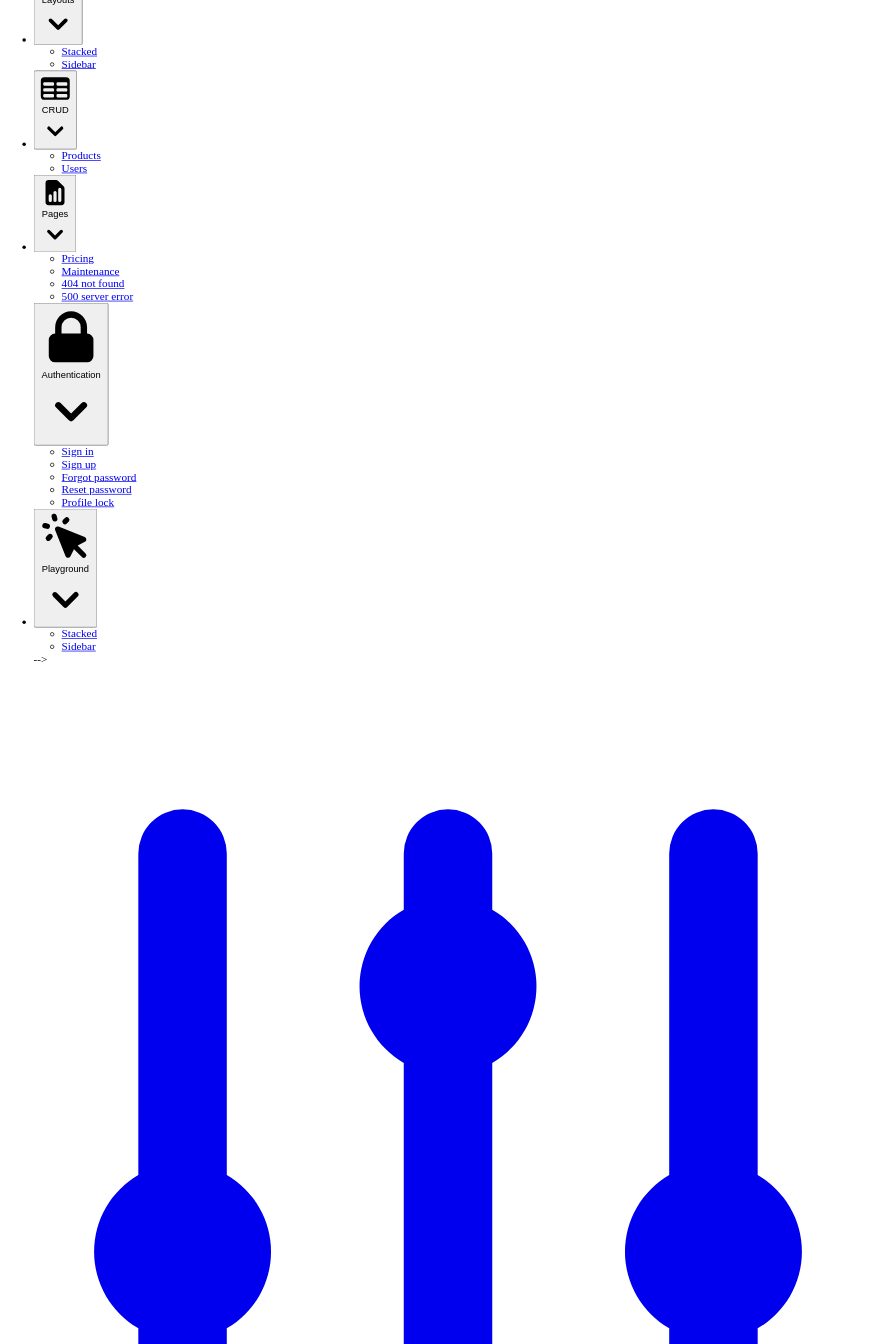
Repository: mosesvk/flowbite-admin-dashboard
Page: layouts/partials/sidebar.html
These files come from the project's save history. The page is drawn as it stood at one moment and after the next save; the edit follows.
The browser window is 1280 px wide. The pictures show the part of the page from y = 2631 to 4551 px (the page is 6152 px tall before and 7398 px after), at 70% of full size.

Above is the page before, as saved 2023-09-25 07:43:13.

### layouts/partials/sidebar.html
{{- $url := split .Permalink "/" -}}
{{- $page_slug := index $url (sub (len $url) 2) -}}

<aside id="sidebar" class="fixed top-0 left-0 z-20 flex flex-col flex-shrink-0 hidden w-64 h-full pt-16 font-normal duration-75 lg:flex transition-width" aria-label="Sidebar">
  <div class="relative flex flex-col flex-1 min-h-0 pt-0 bg-white border-r border-gray-200 dark:bg-gray-800 dark:border-gray-700">
    <div class="flex flex-col flex-1 pt-5 pb-4 overflow-y-auto">
      <div class="flex-1 px-3 space-y-1 bg-white divide-y divide-gray-200 dark:bg-gray-800 dark:divide-gray-700">
        <ul class="pb-2 space-y-2">
          <li>
            <form action="#" method="GET" class="lg:hidden">
              <label for="mobile-search" class="sr-only">Search</label>
              <div class="relative">
                <div class="absolute inset-y-0 left-0 flex items-center pl-3 pointer-events-none">
                  <svg class="w-5 h-5 text-gray-500" fill="currentColor" viewBox="0 0 20 20" xmlns="http://www.w3.org/2000/svg"><path fill-rule="evenodd" d="M8 4a4 4 0 100 8 4 4 0 000-8zM2 8a6 6 0 1110.89 3.476l4.817 4.817a1 1 0 01-1.414 1.414l-4.816-4.816A6 6 0 012 8z" clip-rule="evenodd"></path></svg>
                </div>
                <input type="text" name="email" id="mobile-search" class="bg-gray-50 border border-gray-300 text-gray-900 text-sm rounded-lg focus:ring-primary-500 focus:border-primary-500 block w-full pl-10 p-2.5 dark:bg-gray-700 dark:border-gray-600 dark:placeholder-gray-400 dark:text-gray-200 dark:focus:ring-primary-500 dark:focus:border-primary-500" placeholder="Search">
              </div>
            </form>
          </li>
          <li>
            <a href="{{ "/" | relURL }}" class="flex items-center p-2 text-base text-gray-900 rounded-lg hover:bg-gray-100 group dark:text-gray-200 dark:hover:bg-gray-700">
                <svg class="w-6 h-6 text-gray-500 transition duration-75 group-hover:text-gray-900 dark:text-gray-400 dark:group-hover:text-white" fill="currentColor" viewBox="0 0 20 20" xmlns="http://www.w3.org/2000/svg"><path d="M2 10a8 8 0 018-8v8h8a8 8 0 11-16 0z"></path><path d="M12 2.252A8.014 8.014 0 0117.748 8H12V2.252z"></path></svg>
                <span class="ml-3" sidebar-toggle-item>Dashboard</span>
            </a>
          </li>
          <li>
            <button type="button" class="flex items-center w-full p-2 text-base text-gray-900 transition duration-75 rounded-lg group hover:bg-gray-100 dark:text-gray-200 dark:hover:bg-gray-700" aria-controls="dropdown-layouts" data-collapse-toggle="dropdown-layouts">
                <svg class="flex-shrink-0 w-6 h-6 text-gray-500 transition duration-75 group-hover:text-gray-900 dark:text-gray-400 dark:group-hover:text-white" fill="currentColor" viewBox="0 0 20 20" xmlns="http://www.w3.org/2000/svg" aria-hidden="true">
                  <path d="M3 4a1 1 0 011-1h12a1 1 0 011 1v2a1 1 0 01-1 1H4a1 1 0 01-1-1V4zM3 10a1 1 0 011-1h6a1 1 0 011 1v6a1 1 0 01-1 1H4a1 1 0 01-1-1v-6zM14 9a1 1 0 00-1 1v6a1 1 0 001 1h2a1 1 0 001-1v-6a1 1 0 00-1-1h-2z"></path>
                </svg>
                <span class="flex-1 ml-3 text-left whitespace-nowrap" sidebar-toggle-item>Layouts</span>
                <svg sidebar-toggle-item class="w-6 h-6" fill="currentColor" viewBox="0 0 20 20" xmlns="http://www.w3.org/2000/svg"><path fill-rule="evenodd" d="M5.293 7.293a1 1 0 011.414 0L10 10.586l3.293-3.293a1 1 0 111.414 1.414l-4 4a1 1 0 01-1.414 0l-4-4a1 1 0 010-1.414z" clip-rule="evenodd"></path></svg>
            </button>
            <ul id="dropdown-layouts" class="hidden py-2 space-y-2">
              <li>
                <a href="{{ "layouts/stacked/" | relURL }}" class="flex items-center p-2 text-base text-gray-900 transition duration-75 rounded-lg pl-11 group hover:bg-gray-100 dark:text-gray-200 dark:hover:bg-gray-700">Stacked</a>
              </li>
              <li>
                <a href="{{ "layouts/sidebar/" | relURL }}" class="flex items-center p-2 text-base text-gray-900 transition duration-75 rounded-lg pl-11 group hover:bg-gray-100 dark:text-gray-200 dark:hover:bg-gray-700">Sidebar</a>
              </li>
            </ul>
          </li>
          <li>
            <button type="button" class="flex items-center w-full p-2 text-base text-gray-900 transition duration-75 rounded-lg group hover:bg-gray-100 dark:text-gray-200 dark:hover:bg-gray-700" aria-controls="dropdown-crud" data-collapse-toggle="dropdown-crud">
                <svg class="flex-shrink-0 w-6 h-6 text-gray-500 transition duration-75 group-hover:text-gray-900 dark:text-gray-400 dark:group-hover:text-white" fill="currentColor" viewBox="0 0 20 20" xmlns="http://www.w3.org/2000/svg" aria-hidden="true">
                  <path clip-rule="evenodd" fill-rule="evenodd" d="M.99 5.24A2.25 2.25 0 013.25 3h13.5A2.25 2.25 0 0119 5.25l.01 9.5A2.25 2.25 0 0116.76 17H3.26A2.267 2.267 0 011 14.74l-.01-9.5zm8.26 9.52v-.625a.75.75 0 00-.75-.75H3.25a.75.75 0 00-.75.75v.615c0 .414.336.75.75.75h5.373a.75.75 0 00.627-.74zm1.5 0a.75.75 0 00.627.74h5.373a.75.75 0 00.75-.75v-.615a.75.75 0 00-.75-.75H11.5a.75.75 0 00-.75.75v.625zm6.75-3.63v-.625a.75.75 0 00-.75-.75H11.5a.75.75 0 00-.75.75v.625c0 .414.336.75.75.75h5.25a.75.75 0 00.75-.75zm-8.25 0v-.625a.75.75 0 00-.75-.75H3.25a.75.75 0 00-.75.75v.625c0 .414.336.75.75.75H8.5a.75.75 0 00.75-.75zM17.5 7.5v-.625a.75.75 0 00-.75-.75H11.5a.75.75 0 00-.75.75V7.5c0 .414.336.75.75.75h5.25a.75.75 0 00.75-.75zm-8.25 0v-.625a.75.75 0 00-.75-.75H3.25a.75.75 0 00-.75.75V7.5c0 .414.336.75.75.75H8.5a.75.75 0 00.75-.75z"></path>
                </svg>
                <span class="flex-1 ml-3 text-left whitespace-nowrap" sidebar-toggle-item>CRUD</span>
                <svg sidebar-toggle-item class="w-6 h-6" fill="currentColor" viewBox="0 0 20 20" xmlns="http://www.w3.org/2000/svg"><path fill-rule="evenodd" d="M5.293 7.293a1 1 0 011.414 0L10 10.586l3.293-3.293a1 1 0 111.414 1.414l-4 4a1 1 0 01-1.414 0l-4-4a1 1 0 010-1.414z" clip-rule="evenodd"></path></svg>
            </button>
            <ul id="dropdown-crud" class="space-y-2 py-2 {{ if not (eq .Params.group "crud") }}hidden {{ end }}">
              <li>
                <a href="{{ "crud/products/" | relURL }}" class="text-base text-gray-900 rounded-lg flex items-center p-2 group hover:bg-gray-100 transition duration-75 pl-11 dark:text-gray-200 dark:hover:bg-gray-700 {{ if eq $page_slug "products" }} bg-gray-100 dark:bg-gray-700 {{ end }}">Products</a>
              </li>
              <li>
                <a href="{{ "crud/users/" | relURL }}" class="text-base text-gray-900 rounded-lg flex items-center p-2 group hover:bg-gray-100 transition duration-75 pl-11 dark:text-gray-200 dark:hover:bg-gray-700 {{ if eq $page_slug "users" }} bg-gray-100 dark:bg-gray-700 {{ end }}">Users</a>
              </li>
            </ul>
          </li>

          <li>
            <button type="button" class="flex items-center w-full p-2 text-base text-gray-900 transition duration-75 rounded-lg group hover:bg-gray-100 dark:text-gray-200 dark:hover:bg-gray-700" aria-controls="dropdown-pages" data-collapse-toggle="dropdown-pages">
                <svg class="flex-shrink-0 w-6 h-6 text-gray-500 transition duration-75 group-hover:text-gray-900 dark:text-gray-400 dark:group-hover:text-white" fill="currentColor" viewBox="0 0 20 20" xmlns="http://www.w3.org/2000/svg"><path fill-rule="evenodd" d="M6 2a2 2 0 00-2 2v12a2 2 0 002 2h8a2 2 0 002-2V7.414A2 2 0 0015.414 6L12 2.586A2 2 0 0010.586 2H6zm2 10a1 1 0 10-2 0v3a1 1 0 102 0v-3zm2-3a1 1 0 011 1v5a1 1 0 11-2 0v-5a1 1 0 011-1zm4-1a1 1 0 10-2 0v7a1 1 0 102 0V8z" clip-rule="evenodd"></path></svg>
                <span class="flex-1 ml-3 text-left whitespace-nowrap" sidebar-toggle-item>Pages</span>
                <svg sidebar-toggle-item class="w-6 h-6" fill="currentColor" viewBox="0 0 20 20" xmlns="http://www.w3.org/2000/svg"><path fill-rule="evenodd" d="M5.293 7.293a1 1 0 011.414 0L10 10.586l3.293-3.293a1 1 0 111.414 1.414l-4 4a1 1 0 01-1.414 0l-4-4a1 1 0 010-1.414z" clip-rule="evenodd"></path></svg>
            </button>
            <ul id="dropdown-pages" class="hidden py-2 space-y-2">
              <li>
                <a href="{{ "pages/pricing/" | relURL }}" class="flex items-center p-2 text-base text-gray-900 transition duration-75 rounded-lg pl-11 group hover:bg-gray-100 dark:text-gray-200 dark:hover:bg-gray-700">Pricing</a>
              </li>
              <li>
                <a href="{{ "pages/maintenance/" | relURL }}" class="flex items-center p-2 text-base text-gray-900 transition duration-75 rounded-lg pl-11 group hover:bg-gray-100 dark:text-gray-200 dark:hover:bg-gray-700">Maintenance</a>
              </li>
              <li>
                <a href="{{ "pages/404/" | relURL }}" class="flex items-center p-2 text-base text-gray-900 transition duration-75 rounded-lg pl-11 group hover:bg-gray-100 dark:text-gray-200 dark:hover:bg-gray-700">404 not found</a>
              </li>
              <li>
                <a href="{{ "pages/500/" | relURL }}" class="flex items-center p-2 text-base text-gray-900 transition duration-75 rounded-lg pl-11 group hover:bg-gray-100 dark:text-gray-200 dark:hover:bg-gray-700">500 server error</a>
              </li>
            </ul>
          </li>
            <button type="button" class="flex items-center w-full p-2 text-base text-gray-900 transition duration-75 rounded-lg group hover:bg-gray-100 dark:text-gray-200 dark:hover:bg-gray-700" aria-controls="dropdown-auth" data-collapse-toggle="dropdown-auth">
                <svg class="flex-shrink-0 w-6 h-6 text-gray-500 transition duration-75 group-hover:text-gray-900 dark:text-gray-400 dark:group-hover:text-white" fill="currentColor" viewBox="0 0 20 20" xmlns="http://www.w3.org/2000/svg"><path fill-rule="evenodd" d="M5 9V7a5 5 0 0110 0v2a2 2 0 012 2v5a2 2 0 01-2 2H5a2 2 0 01-2-2v-5a2 2 0 012-2zm8-2v2H7V7a3 3 0 016 0z" clip-rule="evenodd"></path></svg>
                <span class="flex-1 ml-3 text-left whitespace-nowrap" sidebar-toggle-item>Authentication</span>
                <svg sidebar-toggle-item class="w-6 h-6" fill="currentColor" viewBox="0 0 20 20" xmlns="http://www.w3.org/2000/svg"><path fill-rule="evenodd" d="M5.293 7.293a1 1 0 011.414 0L10 10.586l3.293-3.293a1 1 0 111.414 1.414l-4 4a1 1 0 01-1.414 0l-4-4a1 1 0 010-1.414z" clip-rule="evenodd"></path></svg>
            </button>
            <ul id="dropdown-auth" class="hidden py-2 space-y-2">
              <li>
                <a href="{{ "authentication/sign-in/" | relURL }}" class="flex items-center p-2 text-base text-gray-900 transition duration-75 rounded-lg pl-11 group hover:bg-gray-100 dark:text-gray-200 dark:hover:bg-gray-700">Sign in</a>
              </li>
              <li>
                <a href="{{ "authentication/sign-up/" | relURL }}" class="flex items-center p-2 text-base text-gray-900 transition duration-75 rounded-lg pl-11 group hover:bg-gray-100 dark:text-gray-200 dark:hover:bg-gray-700">Sign up</a>
              </li>
              <li>
                <a href="{{ "authentication/forgot-password/" | relURL }}" class="flex items-center p-2 text-base text-gray-900 transition duration-75 rounded-lg pl-11 group hover:bg-gray-100 dark:text-gray-200 dark:hover:bg-gray-700">Forgot password</a>
              </li>
              <li>
                <a href="{{ "authentication/reset-password/" | relURL }}" class="flex items-center p-2 text-base text-gray-900 transition duration-75 rounded-lg pl-11 group hover:bg-gray-100 dark:text-gray-200 dark:hover:bg-gray-700">Reset password</a>
              </li>
              <li>
                <a href="{{ "authentication/profile-lock/" | relURL }}" class="flex items-center p-2 text-base text-gray-900 transition duration-75 rounded-lg pl-11 group hover:bg-gray-100 dark:text-gray-200 dark:hover:bg-gray-700">Profile lock</a>
              </li>
            </ul>
          </li>
          <li>
            <button type="button" class="flex items-center w-full p-2 text-base text-gray-900 transition duration-75 rounded-lg group hover:bg-gray-100 dark:text-gray-200 dark:hover:bg-gray-700" aria-controls="dropdown-playground" data-collapse-toggle="dropdown-playground">
                <svg class="flex-shrink-0 w-6 h-6 text-gray-500 transition duration-75 group-hover:text-gray-900 dark:text-gray-400 dark:group-hover:text-white" fill="currentColor" viewBox="0 0 20 20" xmlns="http://www.w3.org/2000/svg" aria-hidden="true">
                  <path clip-rule="evenodd" fill-rule="evenodd" d="M6.672 1.911a1 1 0 10-1.932.518l.259.966a1 1 0 001.932-.518l-.26-.966zM2.429 4.74a1 1 0 10-.517 1.932l.966.259a1 1 0 00.517-1.932l-.966-.26zm8.814-.569a1 1 0 00-1.415-1.414l-.707.707a1 1 0 101.415 1.415l.707-.708zm-7.071 7.072l.707-.707A1 1 0 003.465 9.12l-.708.707a1 1 0 001.415 1.415zm3.2-5.171a1 1 0 00-1.3 1.3l4 10a1 1 0 001.823.075l1.38-2.759 3.018 3.02a1 1 0 001.414-1.415l-3.019-3.02 2.76-1.379a1 1 0 00-.076-1.822l-10-4z"></path>
                </svg>
                <span class="flex-1 ml-3 text-left whitespace-nowrap" sidebar-toggle-item>Playground</span>
                <svg sidebar-toggle-item class="w-6 h-6" fill="currentColor" viewBox="0 0 20 20" xmlns="http://www.w3.org/2000/svg"><path fill-rule="evenodd" d="M5.293 7.293a1 1 0 011.414 0L10 10.586l3.293-3.293a1 1 0 111.414 1.414l-4 4a1 1 0 01-1.414 0l-4-4a1 1 0 010-1.414z" clip-rule="evenodd"></path></svg>
            </button>
            <ul id="dropdown-playground" class="space-y-2 py-2 {{ if not (eq .Params.group "playground") }}hidden {{ end }}">
              <li>
                <a href="{{ "playground/stacked/" | relURL }}" class="text-base text-gray-900 rounded-lg flex items-center p-2 group hover:bg-gray-100 transition duration-75 pl-11 dark:text-gray-200 dark:hover:bg-gray-700 {{ if eq $page_slug "stacked" }} bg-gray-100 dark:bg-gray-700 {{ end }}">Stacked</a>
              </li>
              <li>
                <a href="{{ "playground/sidebar/" | relURL }}" class="text-base text-gray-900 rounded-lg flex items-center p-2 group hover:bg-gray-100 transition duration-75 pl-11 dark:text-gray-200 dark:hover:bg-gray-700 {{ if eq $page_slug "sidebar" }} bg-gray-100 dark:bg-gray-700 {{ end }}">Sidebar</a>
              </li>
            </ul>
          </li> -->
        </ul>
        <div class="pt-2 space-y-2">

        </div>
      </div>
    </div>
    <div class="absolute bottom-0 left-0 justify-center hidden w-full p-4 space-x-4 bg-white lg:flex dark:bg-gray-800" sidebar-bottom-menu>
      <a href="#" class="inline-flex justify-center p-2 text-gray-500 rounded cursor-pointer hover:text-gray-900 hover:bg-gray-100 dark:hover:bg-gray-700 dark:hover:text-white">
        <svg class="w-6 h-6" fill="currentColor" viewBox="0 0 20 20" xmlns="http://www.w3.org/2000/svg"><path d="M5 4a1 1 0 00-2 0v7.268a2 2 0 000 3.464V16a1 1 0 102 0v-1.268a2 2 0 000-3.464V4zM11 4a1 1 0 10-2 0v1.268a2 2 0 000 3.464V16a1 1 0 102 0V8.732a2 2 0 000-3.464V4zM16 3a1 1 0 011 1v7.268a2 2 0 010 3.464V16a1 1 0 11-2 0v-1.268a2 2 0 010-3.464V4a1 1 0 011-1z"></path></svg>
      </a>
      <a href="{{ "/settings/" | relURL }}" data-tooltip-target="tooltip-settings" class="inline-flex justify-center p-2 text-gray-500 rounded cursor-pointer hover:text-gray-900 hover:bg-gray-100 dark:hover:bg-gray-700 dark:hover:text-white">
        <svg class="w-6 h-6" fill="currentColor" viewBox="0 0 20 20" xmlns="http://www.w3.org/2000/svg"><path fill-rule="evenodd" d="M11.49 3.17c-.38-1.56-2.6-1.56-2.98 0a1.532 1.532 0 01-2.286.948c-1.372-.836-2.942.734-2.106 2.106.54.886.061 2.042-.947 2.287-1.561.379-1.561 2.6 0 2.978a1.532 1.532 0 01.947 2.287c-.836 1.372.734 2.942 2.106 2.106a1.532 1.532 0 012.287.947c.379 1.561 2.6 1.561 2.978 0a1.533 1.533 0 012.287-.947c1.372.836 2.942-.734 2.106-2.106a1.533 1.533 0 01.947-2.287c1.561-.379 1.561-2.6 0-2.978a1.532 1.532 0 01-.947-2.287c.836-1.372-.734-2.942-2.106-2.106a1.532 1.532 0 01-2.287-.947zM10 13a3 3 0 100-6 3 3 0 000 6z" clip-rule="evenodd"></path></svg>
      </a>
      <div id="tooltip-settings" role="tooltip" class="absolute z-10 invisible inline-block px-3 py-2 text-sm font-medium text-white transition-opacity duration-300 bg-gray-900 rounded-lg shadow-sm opacity-0 tooltip dark:bg-gray-700">
        Settings page
          <div class="tooltip-arrow" data-popper-arrow></div>
      </div>

    </div>
  </div>
</aside>

<div class="fixed inset-0 z-10 hidden bg-gray-900/50 dark:bg-gray-900/90" id="sidebarBackdrop"></div>

After the next save:
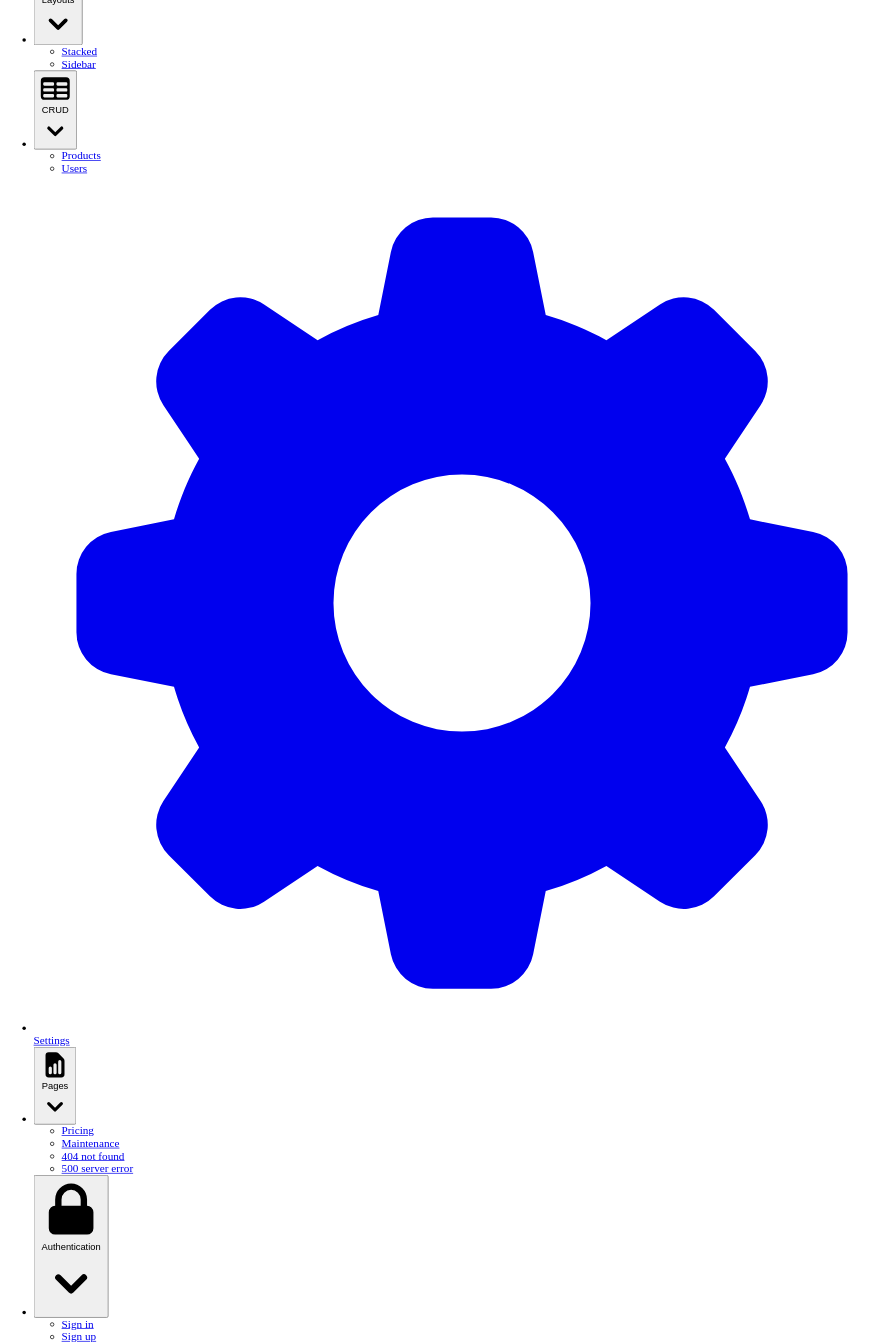
Saved 35 s later.
--- a/layouts/partials/sidebar.html
+++ b/layouts/partials/sidebar.html
@@ -57,7 +57,14 @@
               </li>
             </ul>
           </li>
-
+          <li>
+            <a href="{{ "settings/" | relURL }}" class="flex items-center p-2 text-base text-gray-900 rounded-lg hover:bg-gray-100 group dark:text-gray-200 dark:hover:bg-gray-700 {{ if eq $page_slug "settings" }} bg-gray-100 dark:bg-gray-700 {{ end }}">
+                <svg class="w-6 h-6 text-gray-500 transition duration-75 group-hover:text-gray-900 dark:text-gray-400 dark:group-hover:text-white" fill="currentColor" viewBox="0 0 20 20" xmlns="http://www.w3.org/2000/svg" aria-hidden="true">
+                  <path clip-rule="evenodd" fill-rule="evenodd" d="M8.34 1.804A1 1 0 019.32 1h1.36a1 1 0 01.98.804l.295 1.473c.497.144.971.342 1.416.587l1.25-.834a1 1 0 011.262.125l.962.962a1 1 0 01.125 1.262l-.834 1.25c.245.445.443.919.587 1.416l1.473.294a1 1 0 01.804.98v1.361a1 1 0 01-.804.98l-1.473.295a6.95 6.95 0 01-.587 1.416l.834 1.25a1 1 0 01-.125 1.262l-.962.962a1 1 0 01-1.262.125l-1.25-.834a6.953 6.953 0 01-1.416.587l-.294 1.473a1 1 0 01-.98.804H9.32a1 1 0 01-.98-.804l-.295-1.473a6.957 6.957 0 01-1.416-.587l-1.25.834a1 1 0 01-1.262-.125l-.962-.962a1 1 0 01-.125-1.262l.834-1.25a6.957 6.957 0 01-.587-1.416l-1.473-.294A1 1 0 011 10.68V9.32a1 1 0 01.804-.98l1.473-.295c.144-.497.342-.971.587-1.416l-.834-1.25a1 1 0 01.125-1.262l.962-.962A1 1 0 015.38 3.03l1.25.834a6.957 6.957 0 011.416-.587l.294-1.473zM13 10a3 3 0 11-6 0 3 3 0 016 0z"></path>
+                </svg>
+                <span class="ml-3" sidebar-toggle-item>Settings</span>
+            </a>
+          </li>
           <li>
             <button type="button" class="flex items-center w-full p-2 text-base text-gray-900 transition duration-75 rounded-lg group hover:bg-gray-100 dark:text-gray-200 dark:hover:bg-gray-700" aria-controls="dropdown-pages" data-collapse-toggle="dropdown-pages">
                 <svg class="flex-shrink-0 w-6 h-6 text-gray-500 transition duration-75 group-hover:text-gray-900 dark:text-gray-400 dark:group-hover:text-white" fill="currentColor" viewBox="0 0 20 20" xmlns="http://www.w3.org/2000/svg"><path fill-rule="evenodd" d="M6 2a2 2 0 00-2 2v12a2 2 0 002 2h8a2 2 0 002-2V7.414A2 2 0 0015.414 6L12 2.586A2 2 0 0010.586 2H6zm2 10a1 1 0 10-2 0v3a1 1 0 102 0v-3zm2-3a1 1 0 011 1v5a1 1 0 11-2 0v-5a1 1 0 011-1zm4-1a1 1 0 10-2 0v7a1 1 0 102 0V8z" clip-rule="evenodd"></path></svg>
@@ -79,6 +86,7 @@
               </li>
             </ul>
           </li>
+          <li>
             <button type="button" class="flex items-center w-full p-2 text-base text-gray-900 transition duration-75 rounded-lg group hover:bg-gray-100 dark:text-gray-200 dark:hover:bg-gray-700" aria-controls="dropdown-auth" data-collapse-toggle="dropdown-auth">
                 <svg class="flex-shrink-0 w-6 h-6 text-gray-500 transition duration-75 group-hover:text-gray-900 dark:text-gray-400 dark:group-hover:text-white" fill="currentColor" viewBox="0 0 20 20" xmlns="http://www.w3.org/2000/svg"><path fill-rule="evenodd" d="M5 9V7a5 5 0 0110 0v2a2 2 0 012 2v5a2 2 0 01-2 2H5a2 2 0 01-2-2v-5a2 2 0 012-2zm8-2v2H7V7a3 3 0 016 0z" clip-rule="evenodd"></path></svg>
                 <span class="flex-1 ml-3 text-left whitespace-nowrap" sidebar-toggle-item>Authentication</span>
